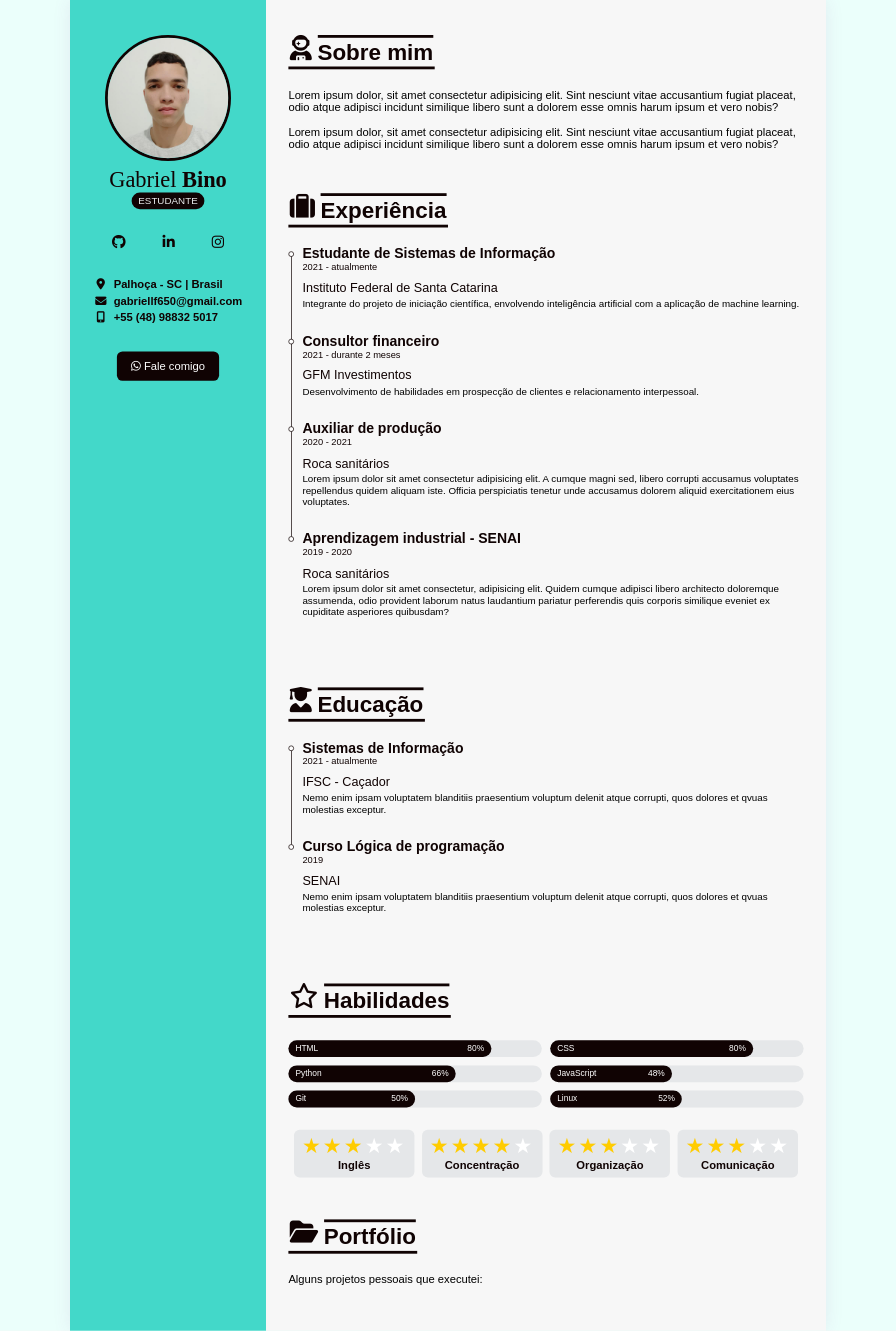
Repository: gabrielbino/projects-dio
Page: curriculoResponsivo/index.html
An editor plug-in stored every save of this project. The page is shown before and after the next save, followed by the edit.
The browser window is 1280 px wide. The pictures show the whole page, at 70% of full size.
Some web libraries are served in a nearby version.

Above is the page before, as saved 2021-10-19 11:59:58.

### curriculoResponsivo/index.html
<!DOCTYPE html>
<html lang="pt-br">
  <head>
    <meta charset="UTF-8" />
    <link
      rel="stylesheet"
      href="https://cdnjs.cloudflare.com/ajax/libs/normalize/8.0.1/normalize.min.css"
      integrity="sha512-NhSC1YmyruXifcj/KFRWoC561YpHpc5Jtzgvbuzx5VozKpWvQ+4nXhPdFgmx8xqexRcpAglTj9sIBWINXa8x5w=="
      crossorigin="anonymous"
      referrerpolicy="no-referrer"
    />

    <script
      src="https://kit.fontawesome.com/e258bd240c.js"
      crossorigin="anonymous"
    ></script>

    <link rel="stylesheet" href="./css/style.css" />

    <link rel="shortcut icon" href="img/img.ico" />

    <title>CV do Gabriel</title>
  </head>
  <body>
    <main>
      <aside>
        <div class="sidebar">
          <img
            class="profile-picture"
            src="./img/option_profile.jpeg"
            alt="Gabriel Bino"
          />
          <h1 class="title-name"><span>Gabriel</span> Bino</h1>
          <h3 class="subtitle-role">Estudante</h3>
          <div class="social-links">
            <a href="https://github.com/gabrielbino" target="_blank">
              <i class="fab fa-github"></i>
            </a>
            <a
              href="https://www.linkedin.com/in/gabriel-fernandes-bino-456499195/"
              target="_blank"
            >
              <i class="fab fa-linkedin-in"></i>
            </a>
            <!-- <a href="https://twitter.com/theleoad" target="_blank">
              <i class="fab fa-twitter"></i>
            </a> -->
            <a href="https://www.instagram.com/gabrielfbino/" target="_blank">
              <i class="fab fa-instagram"></i>
            </a>
          </div>
          <ul class="personal-data">
            <li>
              <i class="fas fa-map-marker-alt"></i>
              <span>Palhoça - SC | Brasil</span>
            </li>
            <li>
              <i class="fas fa-envelope"></i>
              <a href="mailto:galbriellf650@gmail.com"
                >gabriellf650@gmail.com</a
              >
            </li>
            <li>
              <i class="fas fa-mobile-alt"></i>
              <a href="tel:+5548988325017">+55 (48) 98832 5017</a>
            </li>
          </ul>
          <a
            class="download-button"
            href="https://wa.me/+5548988325017"
            target="_blank"
          >
            <i class="fab fa-whatsapp"></i>
            <span>Fale comigo</span>
          </a>
        </div>
      </aside>
      <section>
        <article>
          <div class="article-title-wrapper">
            <i class="fas fa-user-astronaut"></i>
            <h2 class="article-title">Sobre mim</h2>
          </div>
          <p>
            Lorem ipsum dolor, sit amet consectetur adipisicing elit. Sint
            nesciunt vitae accusantium fugiat placeat, odio atque adipisci
            incidunt similique libero sunt a dolorem esse omnis harum ipsum et
            vero nobis?
          </p>
          <p>
            Lorem ipsum dolor, sit amet consectetur adipisicing elit. Sint
            nesciunt vitae accusantium fugiat placeat, odio atque adipisci
            incidunt similique libero sunt a dolorem esse omnis harum ipsum et
            vero nobis?
          </p>
        </article>
        <article>
          <div class="article-title-wrapper">
            <i class="fas fa-suitcase"></i>
            <h2 class="article-title">Experiência</h2>
          </div>
          <ul class="timeline">
            <li>
              <h4 class="timeline-title">
                Estudante de Sistemas de Informação
              </h4>
              <h5 class="timeline-time">2021 - atualmente</h5>
              <h6 class="timeline-place">
                Instituto Federal de Santa Catarina
              </h6>
              <p class="timeline-text">
                Integrante do projeto de iniciação científica, envolvendo
                inteligência artificial com a aplicação de machine learning.
              </p>
            </li>
            <li>
              <h4 class="timeline-title">Consultor financeiro</h4>
              <h5 class="timeline-time">2021 - durante 2 meses</h5>
              <h6 class="timeline-place">GFM Investimentos</h6>
              <p class="timeline-text">
                Desenvolvimento de habilidades em prospecção de clientes e
                relacionamento interpessoal.
              </p>
            </li>
            <li>
              <h4 class="timeline-title">Auxiliar de produção</h4>
              <h5 class="timeline-time">2020 - 2021</h5>
              <h6 class="timeline-place">Roca sanitários</h6>
              <p class="timeline-text">
                Lorem ipsum dolor sit amet consectetur adipisicing elit. A
                cumque magni sed, libero corrupti accusamus voluptates
                repellendus quidem aliquam iste. Officia perspiciatis tenetur
                unde accusamus dolorem aliquid exercitationem eius voluptates.
              </p>
            </li>
            <li>
              <h4 class="timeline-title">Aprendizagem industrial - SENAI</h4>
              <h5 class="timeline-time">2019 - 2020</h5>
              <h6 class="timeline-place">Roca sanitários</h6>
              <p class="timeline-text">
                Lorem ipsum dolor sit amet consectetur, adipisicing elit. Quidem
                cumque adipisci libero architecto doloremque assumenda, odio
                provident laborum natus laudantium pariatur perferendis quis
                corporis similique eveniet ex cupiditate asperiores quibusdam?
              </p>
            </li>
          </ul>
        </article>
        <article>
          <div class="article-title-wrapper">
            <i class="fas fa-user-graduate"></i>
            <h2 class="article-title">Educação</h2>
          </div>
          <ul class="timeline">
            <li>
              <h4 class="timeline-title">Sistemas de Informação</h4>
              <h5 class="timeline-time">2021 - atualmente</h5>
              <h6 class="timeline-place">IFSC - Caçador</h6>
              <p class="timeline-text">
                Nemo enim ipsam voluptatem blanditiis praesentium voluptum
                delenit atque corrupti, quos dolores et qvuas molestias
                exceptur.
              </p>
            </li>
            <li>
              <h4 class="timeline-title">Curso Lógica de programação</h4>
              <h5 class="timeline-time">2019</h5>
              <h6 class="timeline-place">SENAI</h6>
              <p class="timeline-text">
                Nemo enim ipsam voluptatem blanditiis praesentium voluptum
                delenit atque corrupti, quos dolores et qvuas molestias
                exceptur.
              </p>
            </li>
          </ul>
        </article>
        <article>
          <div class="article-title-wrapper">
            <i class="far fa-star"></i>
            <h2 class="article-title">Habilidades</h2>
          </div>
          <div class="skills-container">
            <div class="progress">
              <div class="progress-bar" role="progressbar" style="width: 80%">
                <div class="progress-text">
                  <span>HTML</span>
                  <span>80%</span>
                </div>
              </div>
            </div>
            <div class="progress">
              <div class="progress-bar" role="progressbar" style="width: 80%">
                <div class="progress-text">
                  <span>CSS</span>
                  <span>80%</span>
                </div>
              </div>
            </div>
            <div class="progress">
              <div class="progress-bar" role="progressbar" style="width: 66%">
                <div class="progress-text">
                  <span>Python</span>
                  <span>66%</span>
                </div>
              </div>
            </div>
            <div class="progress">
              <div class="progress-bar" role="progressbar" style="width: 48%">
                <div class="progress-text">
                  <span>JavaScript</span>
                  <span>48%</span>
                </div>
              </div>
            </div>
            <div class="progress">
              <div class="progress-bar" role="progressbar" style="width: 50%">
                <div class="progress-text">
                  <span>Git</span>
                  <span>50%</span>
                </div>
              </div>
            </div>
            <div class="progress">
              <div class="progress-bar" role="progressbar" style="width: 52%">
                <div class="progress-text">
                  <span>Linux</span>
                  <span>52%</span>
                </div>
              </div>
            </div>
          </div>
          <div class="soft-skills">
            <div class="soft-skill">
              <div class="soft-skill-rating" style="--rating: 3"></div>
              <h4 class="soft-skill-label">Inglês</h4>
            </div>
            <div class="soft-skill">
              <div class="soft-skill-rating" style="--rating: 4"></div>
              <h4 class="soft-skill-label">Concentração</h4>
            </div>
            <div class="soft-skill">
              <div class="soft-skill-rating" style="--rating: 3"></div>
              <h4 class="soft-skill-label">Organização</h4>
            </div>
            <div class="soft-skill">
              <div class="soft-skill-rating" style="--rating: 3"></div>
              <h4 class="soft-skill-label">Comunicação</h4>
            </div>
          </div>
        </article>
        <article>
          <div class="article-title-wrapper">
            <i class="fas fa-folder-open"></i>
            <h2 class="article-title">Portfólio</h2>
          </div>
          <p>Alguns projetos pessoais que executei:</p>
          <div class="portfolio">
            <a href="#" class="portfolio-item">
              <div></div>
            </a>
            <a href="#" class="portfolio-item">
              <div></div>
            </a>
            <a href="#" class="portfolio-item">
              <div></div>
            </a>
            <a href="#" class="portfolio-item">
              <div></div>
            </a>
          </div>
        </article>
      </section>
    </main>
  </body>
</html>

### curriculoResponsivo/css/style.css
@import url("https://fonts.googleapis.com/css2?family=Poppins&display=swap");

* {
  box-sizing: border-box;
}

img {
  max-width: 100%;
}

body {
  background-color: #ebfffb;
  color: black;
  font-family: "Fira Sans", sans-serif;
}

main {
  background-color: #ebfffb;
  box-shadow: 0 0 1.5rem rgba(149, 56, 158, 0.1);
  display: flex;
  margin: 0 auto;
  max-width: 1080px;
  min-height: 100vh;
  width: 100%;
}

aside {
  background-color: #43d8c9;
  padding: 50px 0 16px;
  width: 280px;
}

.sidebar {
  align-items: center;
  display: flex;
  flex-direction: column;
  position: sticky;
  top: 16px;
  width: 100%;
}

.profile-picture {
  border-radius: 50%;
  border: solid 4px #100303;
  width: 180px;
}

.title-name {
  color: #100303;
  font-family: "Merriweather", serif;
  font-weight: 700;
  margin: 8px 0 0;
}

.title-name span {
  font-weight: 400;
}

.subtitle-role {
  background: #100303;
  border-radius: 12px;
  color: #e9ebec;
  font-size: 14px;
  font-weight: 400;
  margin: 0;
  padding: 4px 10px;
  text-transform: uppercase;
}

.social-links {
  display: flex;
  font-size: 20px;
  justify-content: space-between;
  margin: 36px 0;
  width: 160px;
}

.social-links a {
  color: #100303;
}

.social-links a:hover {
  color: #8fa0ac;
}

.personal-data {
  list-style-type: none;
  margin: 0;
  padding: 0;
}

.personal-data li {
  color: #100303;
  font-weight: 600;
  line-height: 1.5;
}

.personal-data li a {
  color: inherit;
  text-decoration: none;
}

.personal-data i {
  margin-right: 4px;
  text-align: center;
  width: 20px;
}

.download-button {
  background: #100303;
  border-radius: 8px;
  color: white;
  display: block;
  margin: 36px 0;
  padding: 12px 20px;
  text-decoration: none;
}

section {
  background-color: #f7f7f7;
  padding: 50px 32px 0;
  width: calc(100% - 280px);
}

article:not(:last-of-type) {
  margin-bottom: 60px;
}

.article-title-wrapper {
  align-items: center;
  border-bottom: 4px solid;
  color: #100303;
  display: inline-flex;
  margin-bottom: 12px;
  padding: 0 2px;
}
.article-title-wrapper i {
  font-size: 36px;
  margin: -8px 8px 0 0;
}

.article-title {
  border-top: 4px solid;
  color: #100303;
  font-size: 32px;
  font-weight: 800;
  margin: 0 0 2px;
  padding-top: 2px;
}

.timeline {
  list-style: none;
  margin: 20px 0;
  padding: 0;
}

.timeline li {
  margin: 0;
  padding: 2px 0 40px 20px;
  position: relative;
}

.timeline li::after {
  background-color: #fff;
  border-radius: 50%;
  border: 1px solid #100303;
  box-sizing: border-box;
  content: "";
  display: inline-block;
  height: 8px;
  left: 0;
  position: absolute;
  top: 2px;
  width: 8px;
}

.timeline li:not(:last-of-type)::before {
  background-color: #100303;
  content: "";
  height: 100%;
  left: 3.5px;
  position: absolute;
  top: calc(0.5em - 4px);
  width: 1px;
}

.timeline-title {
  color: #100303;
  font-size: 20px;
  margin: -8px 0 0;
}

.timeline-time {
  color: #100303;
  font-weight: 400;
  margin: 0;
}

.timeline-place {
  color: #100303;
  font-size: 18px;
  font-weight: 500;
  margin: 12px 0 4px;
}

.timeline-text {
  font-size: 14px;
  margin: 0;
}

.skills-container {
  display: flex;
  flex-wrap: wrap;
  justify-content: space-between;
  margin: 20px 0;
}

.progress {
  background-color: rgba(68, 86, 108, 0.1);
  border-radius: 20px;
  display: flex;
  font-size: 0.75rem;
  height: 1.5rem;
  margin-bottom: 12px;
  width: calc(50% - 6px);
}

.progress-bar {
  align-items: center;
  background-color: #100303;
  border-radius: 20px;
  color: #fff;
  display: flex;
  padding: 0 10px;
}

.progress-text {
  display: flex;
  justify-content: space-between;
  width: 100%;
}

.soft-skills {
  display: flex;
  justify-content: space-between;
  padding: 0 8px;
}

.soft-skill {
  background-color: rgba(68, 86, 108, 0.1);
  border-radius: 8px;
  padding: 8px;
  text-align: center;
  width: calc(25% - 8px);
}

.soft-skill-rating {
  --percent: calc(var(--rating) / 5 * 100%);
  display: inline-block;
  font-family: Times;
  font-size: 30px;
  line-height: 1;
}

.soft-skill-rating::before {
  background-clip: text;
  background: linear-gradient(90deg, #fc0 var(--percent), #fff var(--percent));
  content: "★★★★★";
  letter-spacing: 3px;
  -webkit-background-clip: text;
  -webkit-text-fill-color: transparent;
}

.soft-skill-label {
  color: #100303;
  margin: 4px 0 0;
}

.portfolio {
  display: flex;
  flex-wrap: wrap;
  justify-content: space-between;
}

.portfolio-item {
  margin-bottom: 24px;
  text-decoration: none;
  width: calc(50% - 12px);
}

/* .portfolio-item div {
  margin: 0;
}

.portfolio-item figcaption {
  color: #3c6e71;
  font-weight: 800;
  text-align: center;
} */

@media (max-width: 1024px) {
  .soft-skills {
    flex-wrap: wrap;
  }

  .soft-skill {
    margin: 4px;
    width: calc(50% - 8px);
  }
}

@media (max-width: 768px) {
  main {
    display: block;
  }

  aside,
  section {
    width: 100%;
  }

  section {
    padding: 32px 16px 0;
  }

  .article-title-wrapper {
    display: flex;
    padding: 0;
  }

  .progress,
  .soft-skill,
  .portfolio-item,
  .article-title {
    width: 100%;
  }

  .portfolio-item figure {
    text-align: center;
  }
}

After the next save:
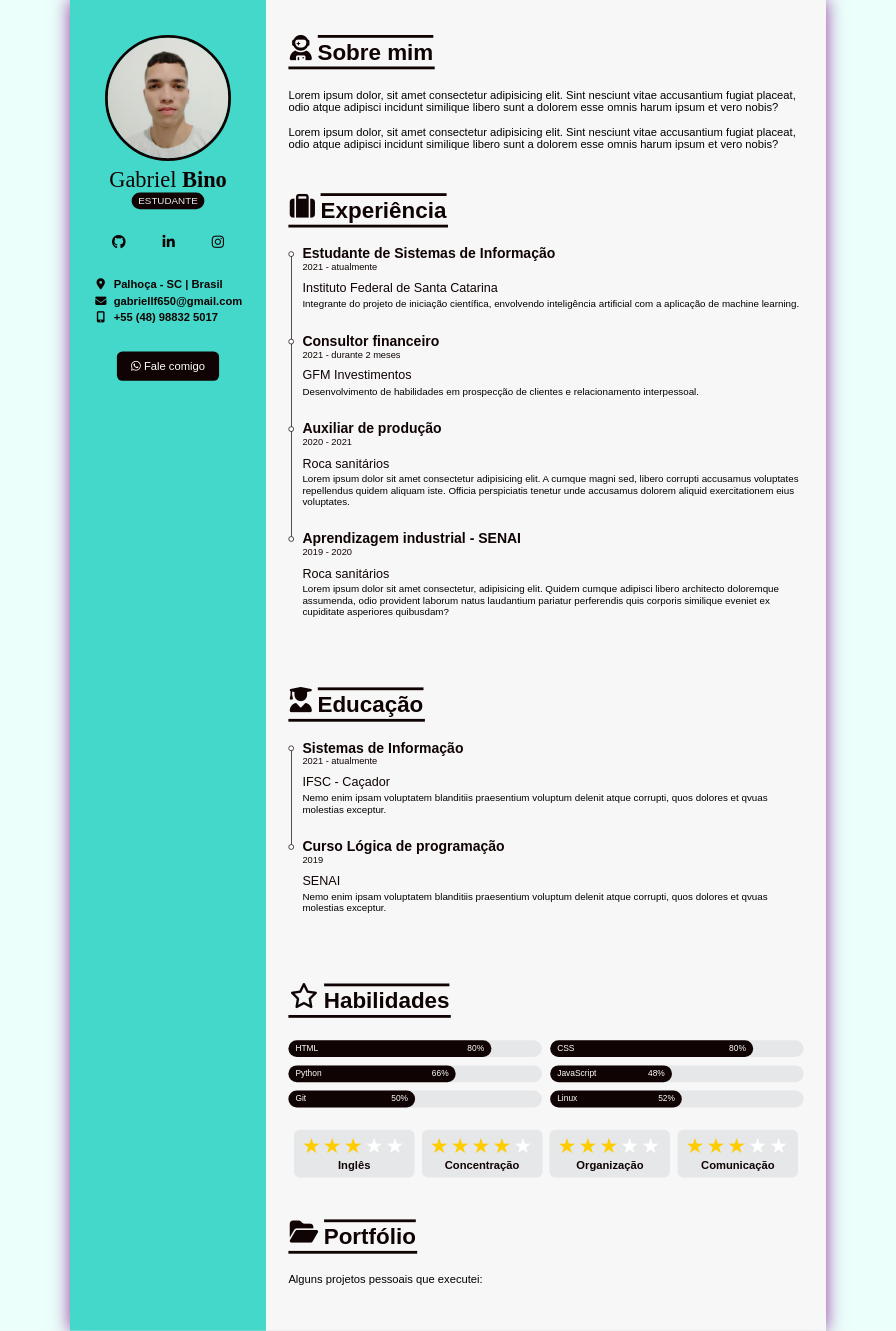
Saved 14 s later.
--- a/curriculoResponsivo/css/style.css
+++ b/curriculoResponsivo/css/style.css
@@ -16,7 +16,7 @@ body {
 
 main {
   background-color: #ebfffb;
-  box-shadow: 0 0 1.5rem rgba(149, 56, 158, 0.1);
+  box-shadow: 0 0 1.5rem rgba(149, 56, 158, 1);
   display: flex;
   margin: 0 auto;
   max-width: 1080px;
